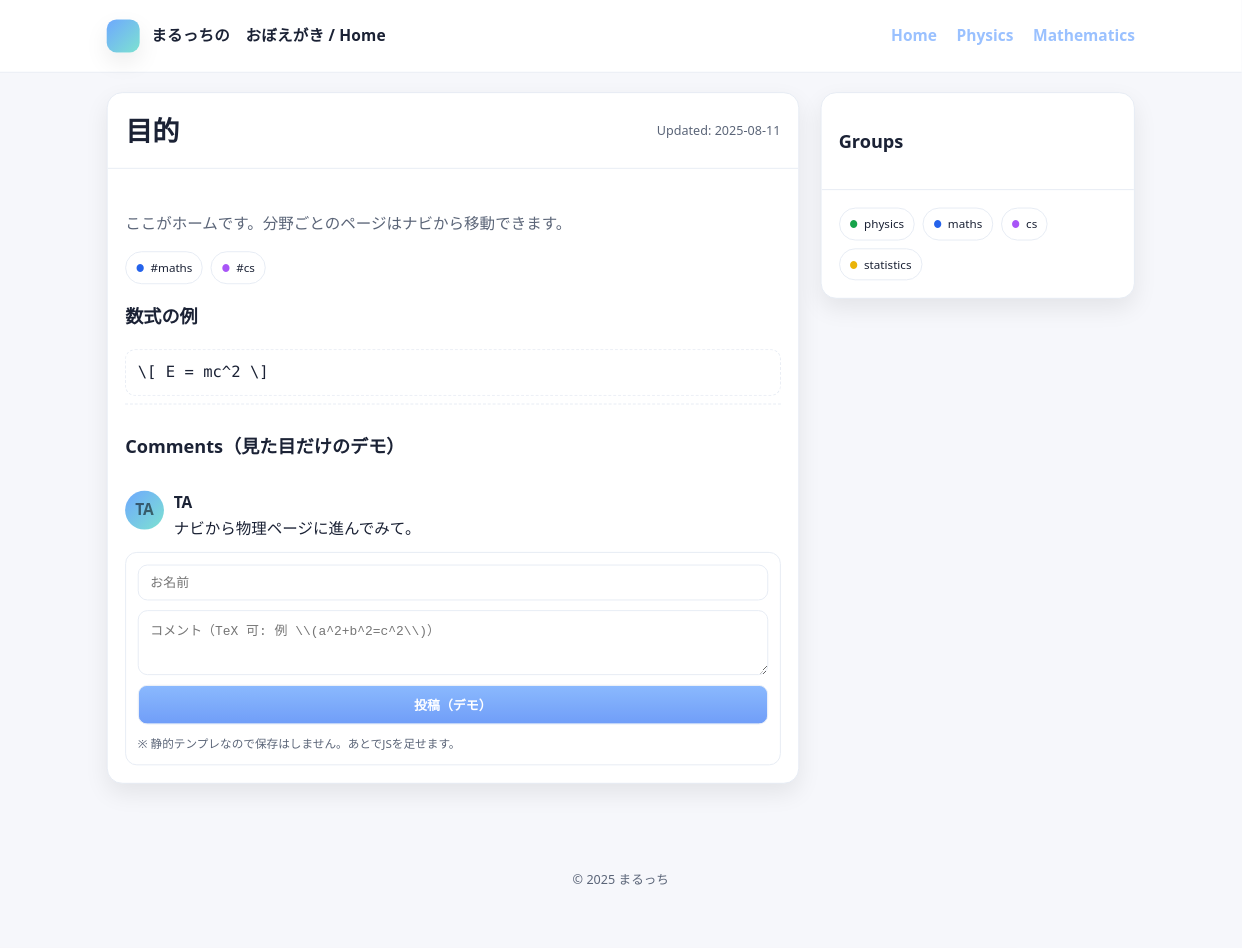
Repository: Riki-Mochimaru/tureduretunedune
Page: index.html
An editor plug-in stored every save of this project. The page is shown before and after a run of saves, followed by the edit.
The browser window is 1280 px wide. The pictures show the whole page, at 97% of full size.

Above is the page before, as saved 2025-08-11 19:58:31.

After the next 3 saves:
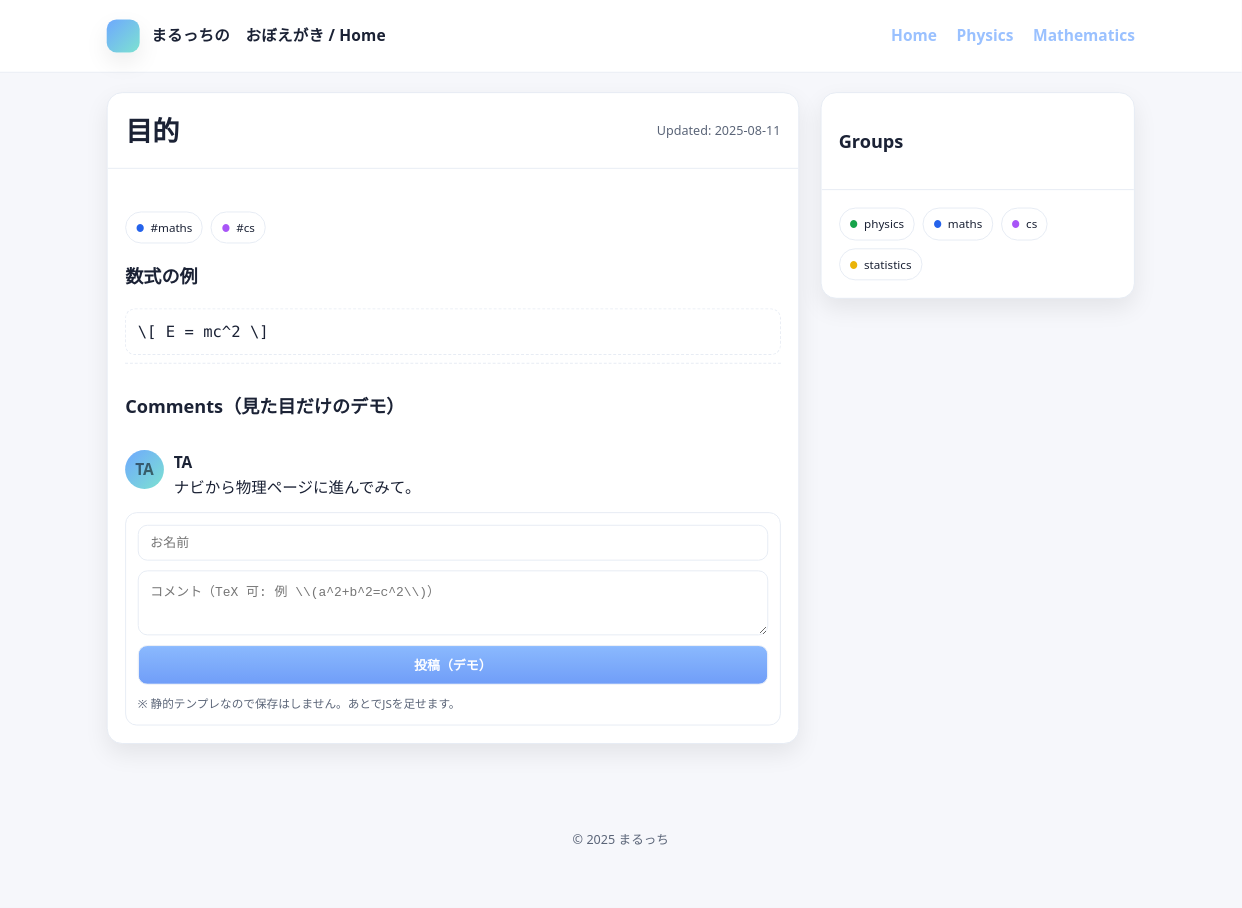
The 3 saves are shown as one change because they came seconds apart.
The last was saved 28 s later.
--- a/index.html
+++ b/index.html
@@ -27,7 +27,7 @@
             <div class="meta"><span>Updated: <time datetime="2025-08-11">2025-08-11</time></span></div>
           </div>
           <div class="bd">
-            <p class="lead">ここがホームです。分野ごとのページはナビから移動できます。</p>
+            <p class="lead"まるっちが勉強したことをまとめるための</p>
             <div class="tags">
               <span class="tag" data-g="math">#maths</span>
               <span class="tag" data-g="cs">#cs</span>

After the 3 saves that followed:
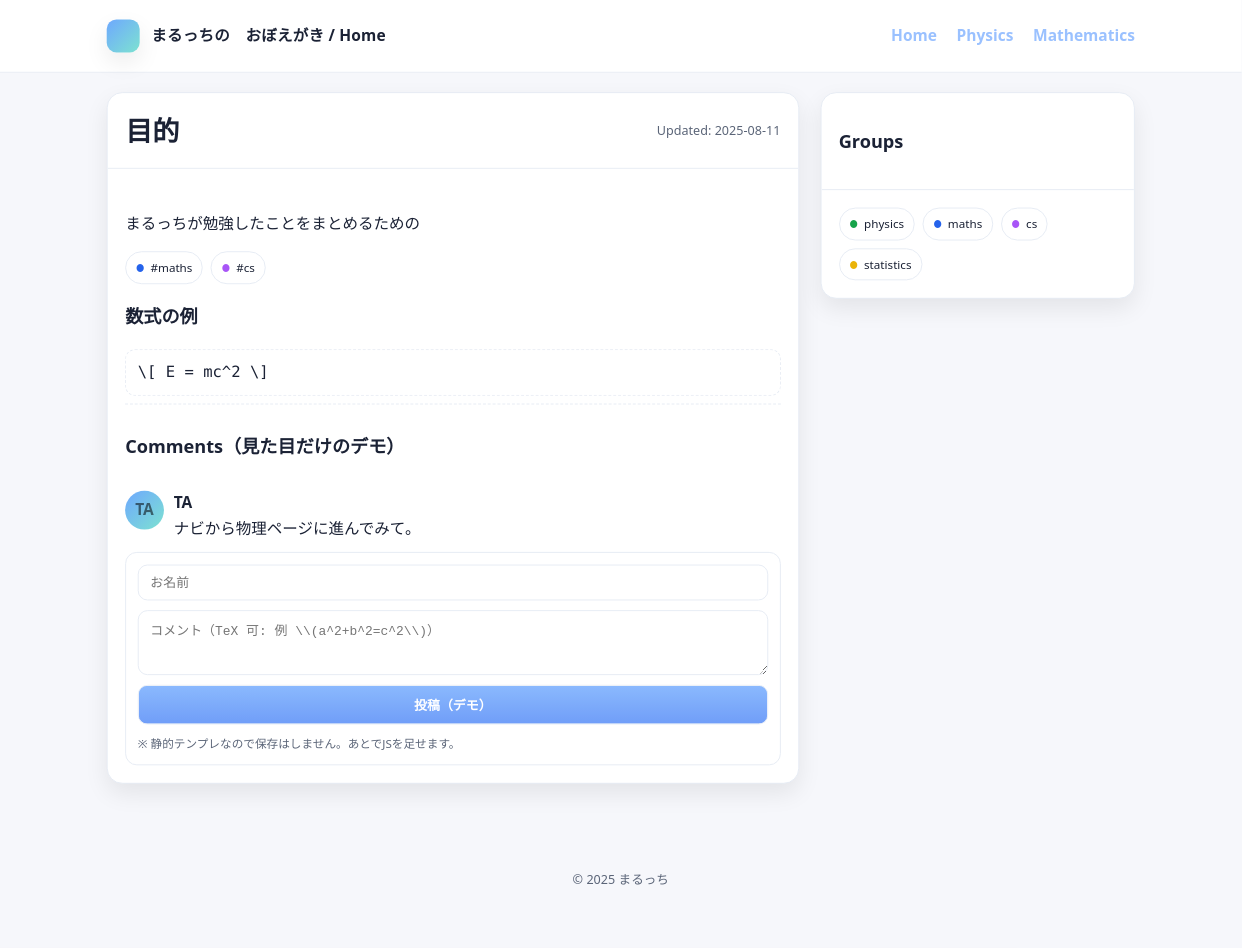
The 3 saves are shown as one change because they came seconds apart.
The last was saved 19 s later.
--- a/index.html
+++ b/index.html
@@ -27,7 +27,7 @@
             <div class="meta"><span>Updated: <time datetime="2025-08-11">2025-08-11</time></span></div>
           </div>
           <div class="bd">
-            <p class="lead"まるっちが勉強したことをまとめるための</p>
+            <p class="lead"</p></p>まるっちが勉強したことをまとめるための</p>
             <div class="tags">
               <span class="tag" data-g="math">#maths</span>
               <span class="tag" data-g="cs">#cs</span>
